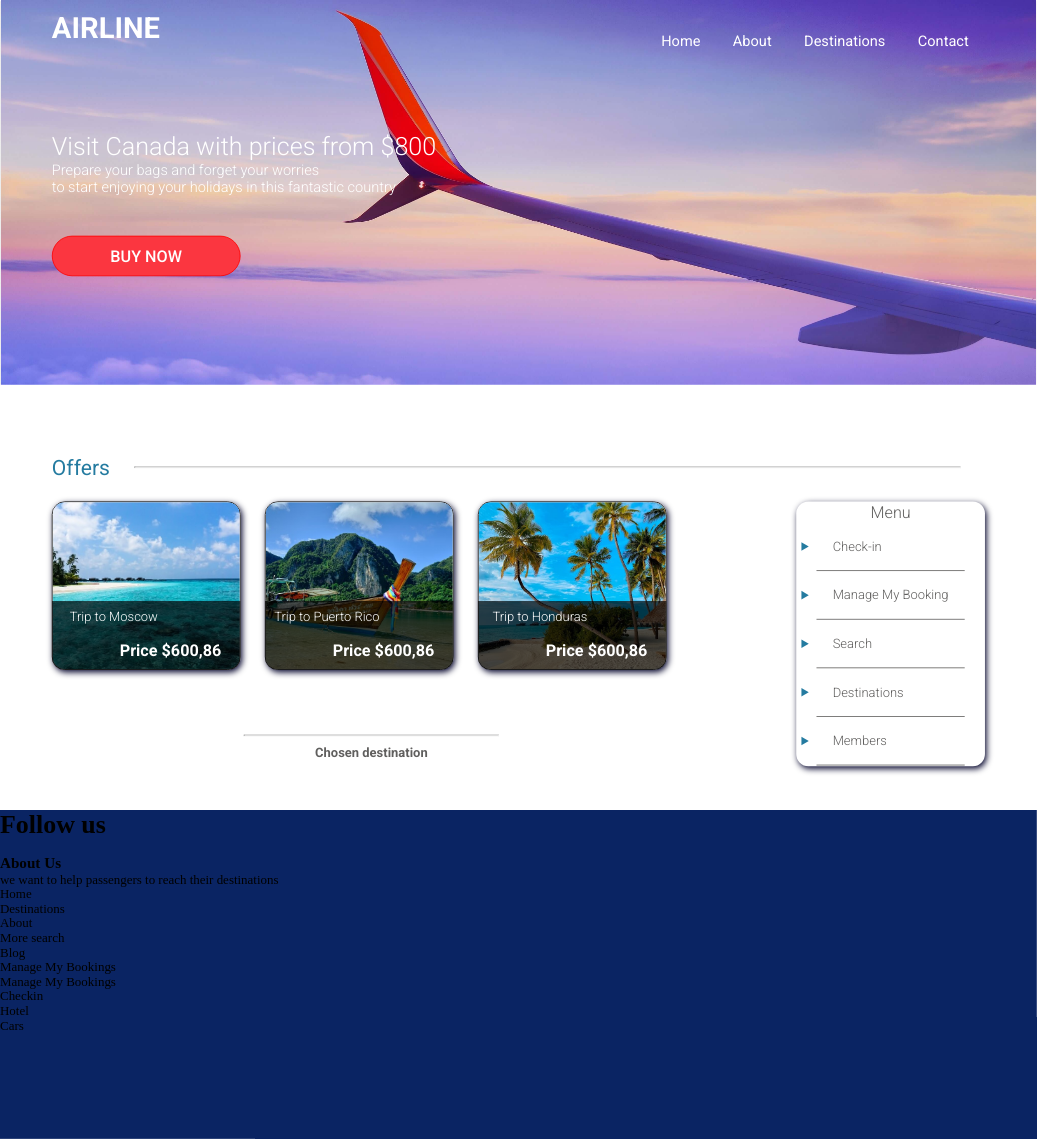
Repository: Cherced/AIRLINES
Page: /
An editor plug-in stored every save of this project. The page is shown before and after the next save, followed by the edit.
The browser window is 1280 px wide. The pictures show the whole page, at 81% of full size.
The project was rebuilt for these pictures with package versions that can differ from the ones it lists, and the page was loaded fresh each time. The framework's server and built-in components were replaced by stand-ins that run in the browser.

Above is the page before, as saved 2022-06-30 15:57:14.

After the next save:
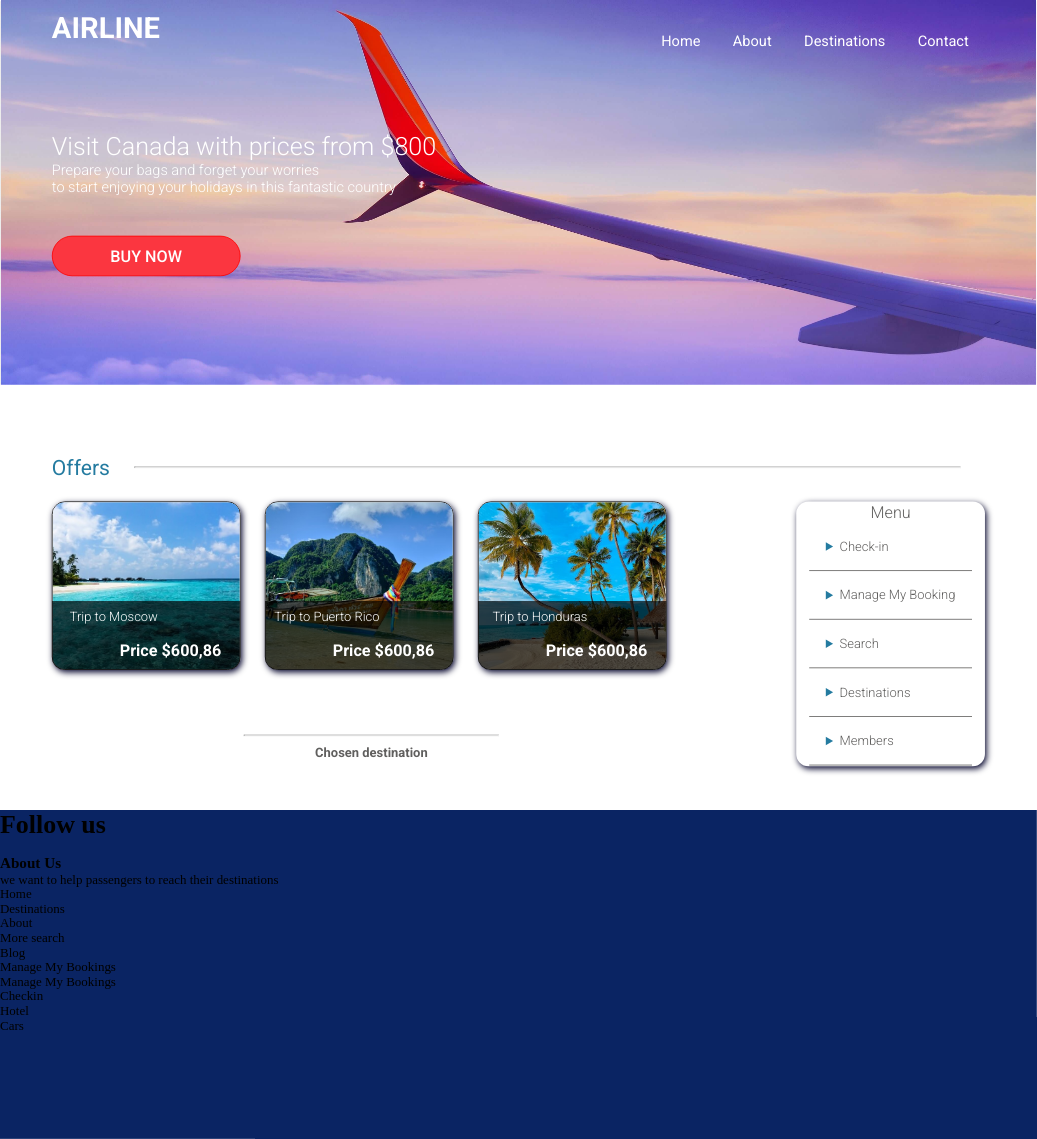
Saved 26 s later.
--- a/sass/Elements/_offerts.scss
+++ b/sass/Elements/_offerts.scss
@@ -131,23 +131,26 @@
 
             ul {
                 list-style-type: disclosure-closed;
-                list-style-position: 50px;
+                list-style-position: inside;
                 color: #247BA0;
                 width: 100%;
                 display: flex;
                 flex-direction: column;
                 align-items: center;
+
                 li {
                     width: 100%;
                     padding: 20px;
-                    a{
+
+                    a {
                         text-align: left;
                         font: normal normal 300 16px/19px Roboto;
                         letter-spacing: 0px;
                         color: #605F5E;
                         opacity: 1;
                     }
-                   border-bottom: 0.5px solid #605F5E;
+
+                    border-bottom: 0.5px solid #605F5E;
                 }
             }
         }
